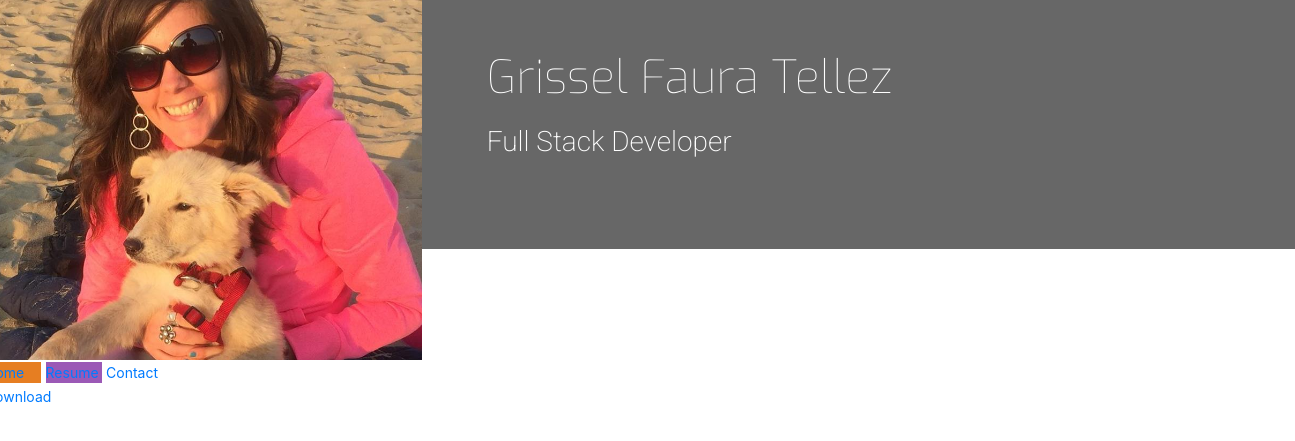
Repository: grisselfaura/Resume-Project-Introduction
Page: index.html
The author's editor kept a record of every edit. The page is drawn from the files as they stood at one moment, then again after the next edit.
The browser window is 1280 px wide. The page is 1295 px wide, so the pictures cover 1295 px, including what lies to the right of the window. The pictures show the whole page.

Above is the page before.

After the next edit:
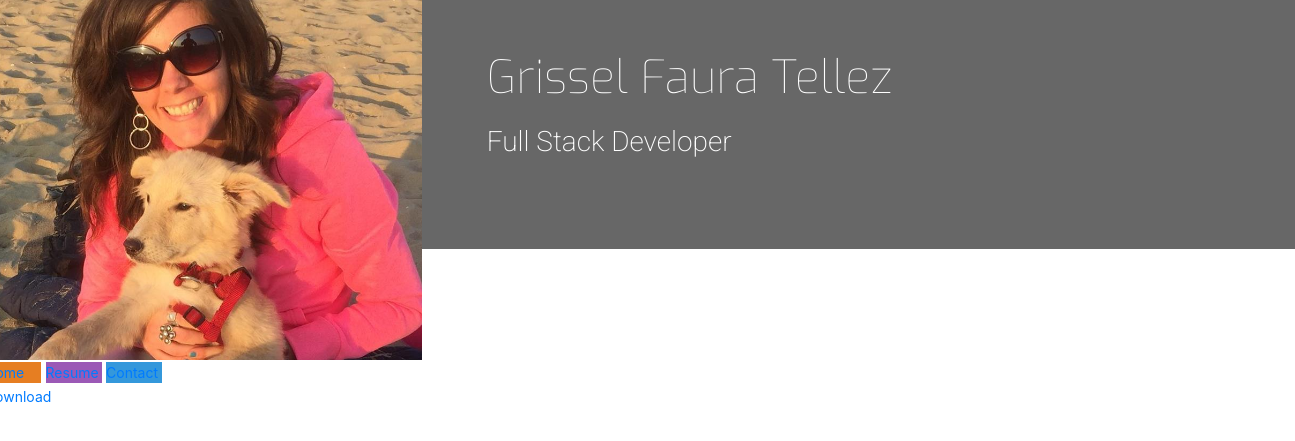
The edit:
--- a/index.html
+++ b/index.html
@@ -30,7 +30,7 @@
                         <li class="col-6 col-sm-3 ui-menu-color-resume list-inline-item">
                         <a href="#"><span>Resume</span></a>
                         </li>
-                        <li class="col-6 col-sm-3 list-inline-item">
+                        <li class="col-6 col-sm-3 ui-menu-color-contact list-inline-item">
                         <a href="#"><span>Contact</span></a>
                         </li>
                         <li class="col-6 col-sm-3 list-inline-item">
